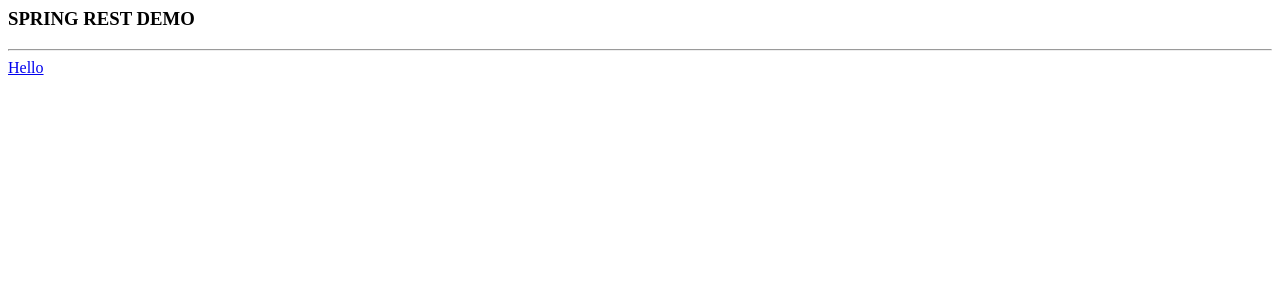
Repository: hardytomp/study-spring-hibernate-jpa-springboot-rest
Page: http://localhost/spring-rest-demo-exception-controller/
An editor plug-in stored every save of this project. The page is shown before and after the next save, followed by the edit.
The browser window is 1280 px wide. The pictures show the whole page.
The page is served by Tomcat 9. Other server files are loaded and not shown.

Above is the page before, as saved 2020-04-28 13:48:19.

### spring-rest-demo-exception-controller/src/main/webapp/index.jsp
<html>

<body>
	<h3>SPRING REST DEMO</h3>
	<hr>
	<a href="${pageContext.request.contextPath}/test/hello">Hello</a>
</body>

</html>

After the next save:
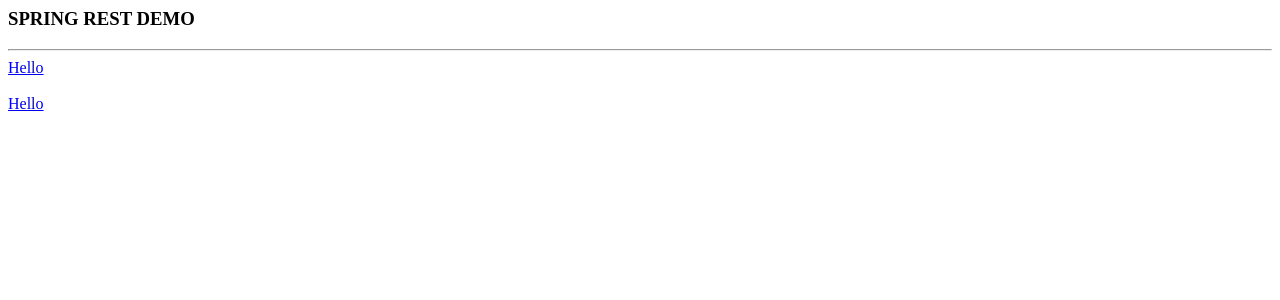
Saved 7 min 44 s later.
--- a/spring-rest-demo-exception-controller/src/main/webapp/index.jsp
+++ b/spring-rest-demo-exception-controller/src/main/webapp/index.jsp
@@ -4,6 +4,9 @@
 	<h3>SPRING REST DEMO</h3>
 	<hr>
 	<a href="${pageContext.request.contextPath}/test/hello">Hello</a>
+
+	<br><br>
+	<a href="${pageContext.request.contextPath}/api/students">Hello</a>
 </body>
 
 </html>
